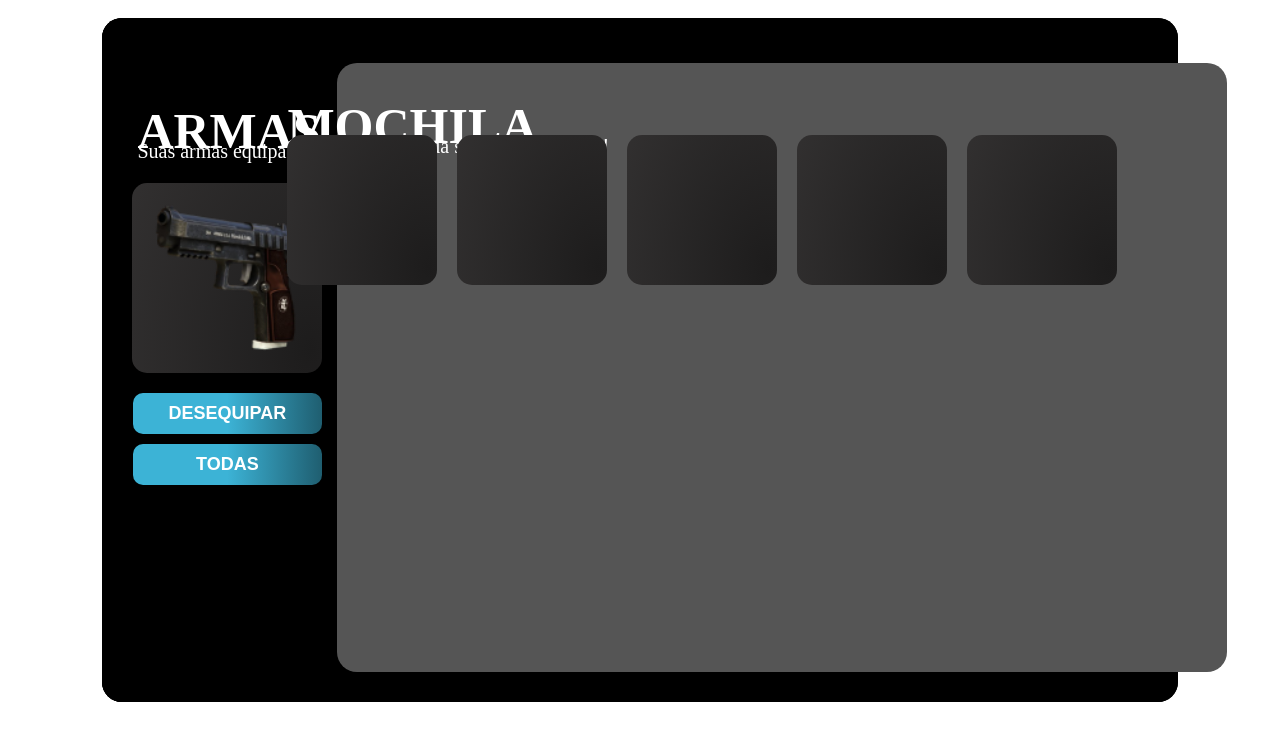
Repository: DuMCorrea/Mochila
Page: index.html
The author's editor kept a copy of each file at every save. The page is drawn from the files as they stood at one save, then again after the next save.
The browser window is 1280 px wide. The pictures show the whole page.
Some web fonts or font styles are not loaded; a fallback is used.

Above is the page before, as saved 2024-09-02 22:32:40.

After the next save:
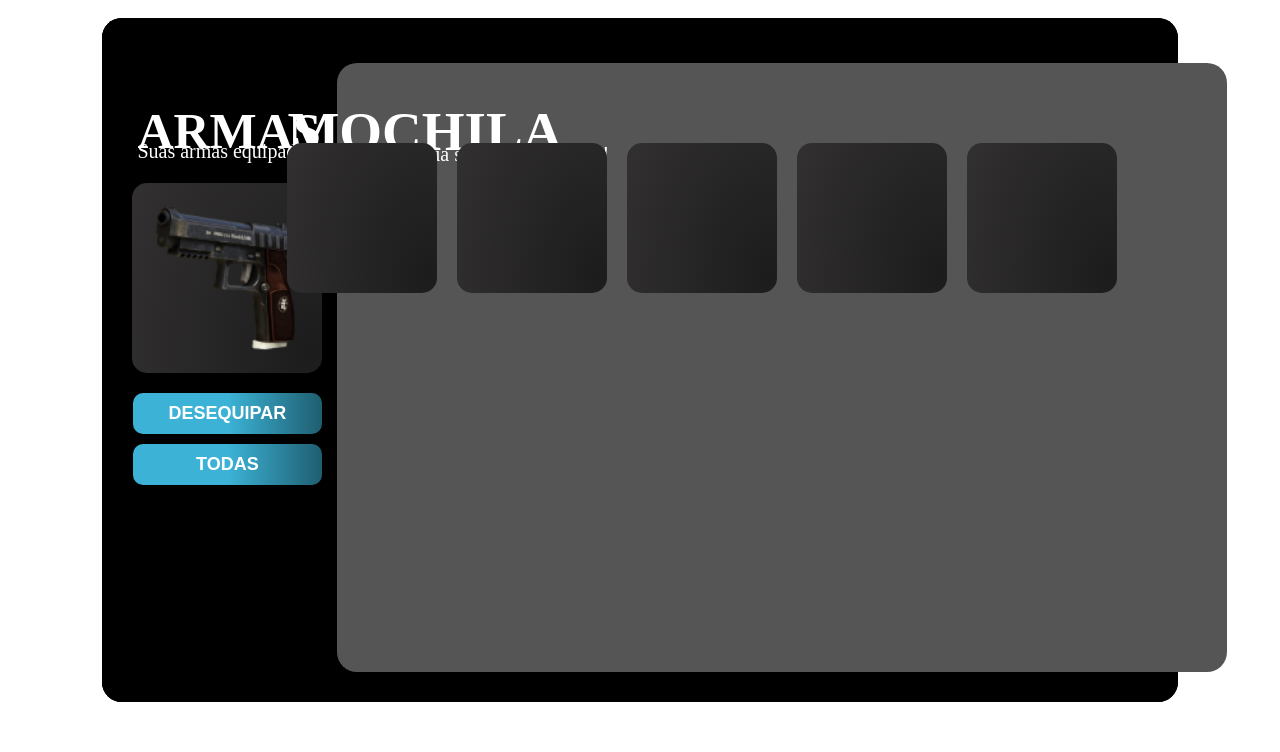
Saved 85 s later.
--- a/styles.css
+++ b/styles.css
@@ -153,7 +153,7 @@ body, html {
 
 .right-div h1 {
     color: white; /* Cor branca para o título */
-    font-size: 50px; /* Tamanho da fonte do título */
+    font-size: 55px; /* Tamanho da fonte do título */
     margin-bottom: -20px; /* Espaçamento negativo para aproximar o parágrafo */
     font-weight: 900;
     width: 100%; /* Para garantir que a justificação funcione */
